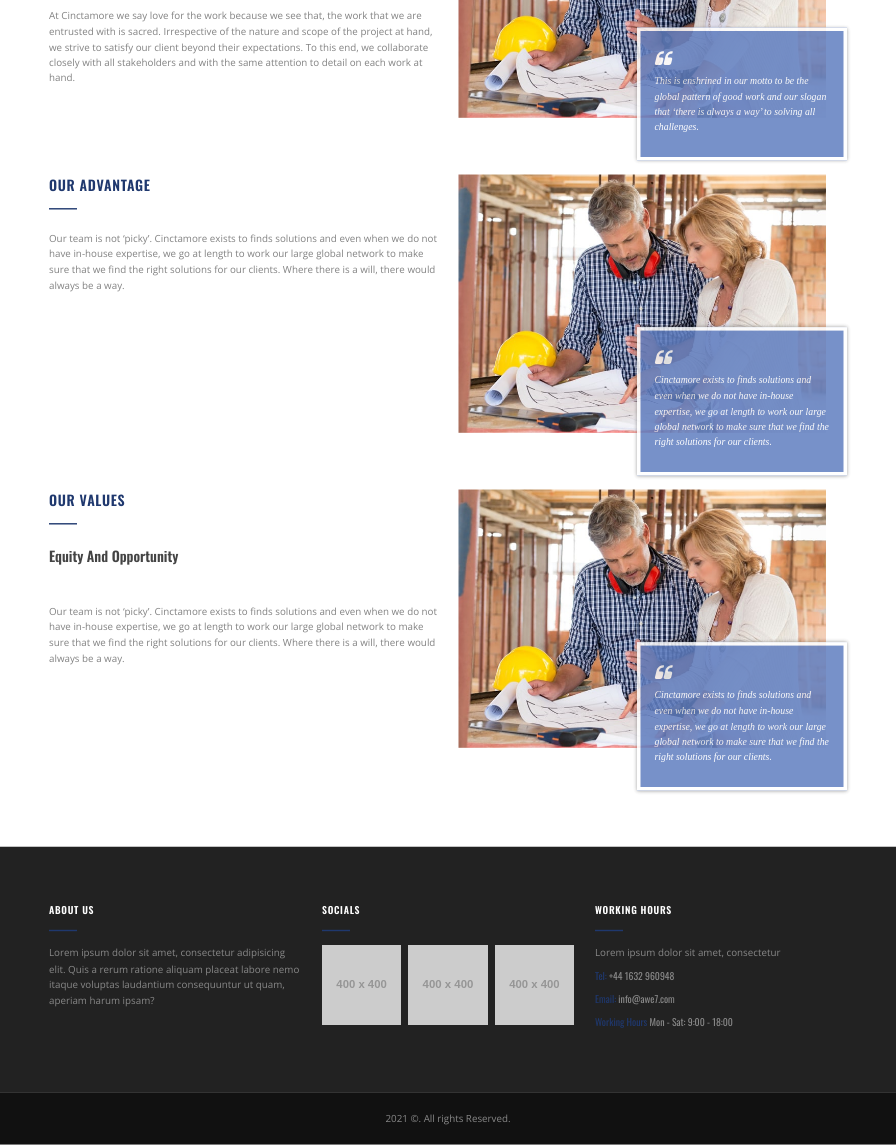
Repository: techieaccl/techieaccl.github.io
Page: about-us.html
The author's editor kept a copy of each file at every save. The page is drawn from the files as they stood at one save, then again after the next save.
The browser window is 1280 px wide. The pictures show the part of the page from y = 1485 to 3405 px (the page is 3121 px tall before and 3405 px after), at 70% of full size.
Some web fonts or font styles are not loaded; a fallback is used.

Above is the page before, as saved 2021-09-09 14:36:45.

### about-us.html
<!DOCTYPE html>
<html>
    <head>
		<title>About Us</title>
		<meta charset="utf-8">
		<meta name="viewport" content="width=device-width, initial-scale=1.0, maximum-scale=1.0, user-scalable=no">
		<meta name="format-detection" content="telephone=no">
		<meta name="apple-mobile-web-app-capable" content="yes">
		<!-- Fonts-->
		<link rel="stylesheet" type="text/css" href="assets/fonts/fontawesome/font-awesome.min.css">
		<link rel="stylesheet" type="text/css" href="assets/fonts/pe-icon/pe-icon.css">
		<!-- Vendors-->
		<link rel="stylesheet" type="text/css" href="assets/vendors/bootstrap/grid.css">
		<link rel="stylesheet" type="text/css" href="assets/vendors/magnific-popup/magnific-popup.min.css">
		<link rel="stylesheet" type="text/css" href="assets/vendors/swiper/swiper.css">
		<!-- App & fonts-->
		<link rel="stylesheet" type="text/css" href="https://fonts.googleapis.com/css?family=Open+Sans:400,700|Oswald:400,600|Playfair+Display:400i">
		<link rel="stylesheet" type="text/css" href="assets/css/main.css"><!--[if lt IE 9]>
			<script src="https://oss.maxcdn.com/libs/html5shiv/3.7.0/html5shiv.js"></script>
		<![endif]-->
	</head>

    <body>
                <!-- preload -->
				<div class="preload" id="preload">
					<div class="cssload-spin-box"></div>
				</div><!-- End / preload -->


        <div class="page-wrap">
            <!-- header -->
			<header class="header header-fixheight header--fixed">
				<div class="container">
					<div class="header__inner">
						<div class="header-logo">
							<!-- <a href="home.html"><img src="assets/img/logo_white.png" alt=""/></a> -->
							<h1><strong>Cinctamore </strong></h1>
						</div>
						<!-- raising-menu -->
                        <ul class="raising-menu-generic">
                            <li><a href="index.html">Back To Home</a>
                            </li>
                        </ul><!-- raising-menu -->

					</div>
				</div>
			</header><!-- End / header -->

            <!-- Content-->
			<div class="md-content">

                <!-- Section -->
				<section class="md-section">
					<div class="container">
						<div class="row">
							<div class="col-lg-8 col-xs-offset-0 col-sm-offset-0 col-md-offset-0 col-lg-offset-2 ">

								<!-- sec-title -->
								<div class="sec-title sec-title__lg-title md-text-center">
									<br><br>
									<h2 class="sec-title__title">About Us</h2><span class="sec-title__divider"></span>
								</div><!-- End / sec-title -->

							</div>
						</div>
					</div>
				</section>

				<!-- Section -->
				<section class="md-section" style="background-color:#fff;padding:60px 0;">
					<div class="container">
						<div class="row">
							<div class="col-lg-6 ">
								<div class="mb-30">

									<!-- sec-title -->
									<div class="sec-title sec-title__lg-title">
										<h2 class="sec-title__title"><span>Our Name</span></h2><span class="sec-title__divider"></span>
									</div><!-- End / sec-title -->
									<p>Cinctamore - a combined word of “cincta (surrounded, encircled, crowned, girded, enclosed)” and “amore (love)” means “surrounded by love.”</p><br>
									<p>Our name reflects our belief that, the greatest of what is possible can only be achieved when what we do as a team is surrounded with love. In all we do, we strive to be a ‘Pattern of Good Work’.
									 <span>At Cinctamore, we are constantly finding solutions to support a better future for all. </span></span></p><br>
								</div>
							</div>
							<div class="col-lg-6 ">

								<!-- about -->
								<div class="about"><img src="assets/img/about/2.jpg" alt=""/>

									<!-- quote-02 -->
									<blockquote class="quote-02 about-quote">
										<p class="quote-02__text">Our name reflects our belief that, the greatest of what is possible can only be achieved when what we do as a team is surrounded with love. In all we do, we strive to be a ‘Pattern of Good Work’.</p>

									</blockquote><!-- End / quote-02 -->

								</div><!-- End / about -->

							</div>
						</div>
						<div class="row">
							<div class="col-lg-6 ">
								<div class="mb-30">

									<!-- sec-title -->
									<div class="sec-title sec-title__lg-title">
										<h2 class="sec-title__title"><span>Our History </span></h2><span class="sec-title__divider"></span>
									</div><!-- End / sec-title -->

									<p>Cinctamore was founded in 2018 to spearhead the development of multiple family-owned
									 businesses by providing the framework to guide each business to stay competitive and successful.</p>
									<p>Cinctamore aims to become a global business collaborator and solutions finder through the Architecture,
									 Urban Design, Engineering & Construction, Trading & Investment, as well as Multimedia, Lifestyle and Health Groups. </p>
								</div>
							</div>
							<div class="col-lg-6 ">

								<!-- about -->
								<div class="about"><img src="assets/img/about/2.jpg" alt=""/>

									<!-- quote-02 -->
									<blockquote class="quote-02 about-quote">
										<p class="quote-02__text">Cinctamore aims to become a global business collaborator and solutions finder through the Architecture,
											Urban Design, Engineering & Construction, Trading & Investment, as well as Multimedia, Lifestyle and Health Groups.</p>

									</blockquote><!-- End / quote-02 -->

								</div><!-- End / about -->

							</div>
						</div>
						<div class="row">
							<div class="col-lg-6 ">
								<div class="mb-30">

									<!-- sec-title -->
									<div class="sec-title sec-title__lg-title">
										<h2 class="sec-title__title"><span>Our Vision</span></h2><span class="sec-title__divider"></span>
									</div><!-- End / sec-title -->
									<p>Global Business Collaborator and Solutions Finder.</p><br>
									<p>This is enshrined in our motto to be the global pattern of good work
									and our slogan that ‘there is always a way’ to solving all challenges.</p><br>
									<p>At Cinctamore we say love for the work because we see that, the work that we are entrusted with is sacred.
									Irrespective of the nature and scope of the project at hand, we strive to satisfy our client beyond their expectations.
									To this end, we collaborate closely with all stakeholders and with the same attention to detail on each work at hand. </p>
								</div>
							</div>
							<div class="col-lg-6 ">

								<!-- about -->
								<div class="about"><img src="assets/img/about/2.jpg" alt=""/>

									<!-- quote-02 -->
									<blockquote class="quote-02 about-quote">
										<p class="quote-02__text">This is enshrined in our motto to be the global pattern of good work
											and our slogan that ‘there is always a way’ to solving all challenges.</p>

									</blockquote><!-- End / quote-02 -->

								</div><!-- End / about -->

							</div>
						</div>
						<div class="row">
							<div class="col-lg-6 ">
								<div class="mb-30">

									<!-- sec-title -->
									<div class="sec-title sec-title__lg-title">
										<h2 class="sec-title__title"><span>Our Advantage</span></h2><span class="sec-title__divider"></span>
									</div><!-- End / sec-title -->
									<p>Our team is not ‘picky’. Cinctamore exists to finds solutions and even when we do not have in-house expertise,
									we go at length to work our large global network to make sure that we find the right solutions for our clients.
									Where there is a will, there would always be a way. </p>
								</div>
							</div>
							<div class="col-lg-6 ">

								<!-- about -->
								<div class="about"><img src="assets/img/about/2.jpg" alt=""/>

									<!-- quote-02 -->
									<blockquote class="quote-02 about-quote">
										<p class="quote-02__text">Cinctamore exists to finds solutions and even when we do not have in-house expertise,
										we go at length to work our large global network to make sure that we find the right solutions for our clients.</p>

									</blockquote><!-- End / quote-02 -->

								</div><!-- End / about -->

						</div>
						</div>
						<div class="row">
							<div class="col-lg-6 ">
								<div class="mb-30">

									<!-- sec-title -->
									<div class="sec-title sec-title__lg-title">
										<h2 class="sec-title__title"><span>Our Values</span></h2><span class="sec-title__divider"></span>
									</div><!-- End / sec-title -->
									<p><h3>Equity And Opportunity</h3></p><br><br>
									<p>Our team is not ‘picky’. Cinctamore exists to finds solutions and even when we do not have in-house expertise,
									we go at length to work our large global network to make sure that we find the right solutions for our clients.
									Where there is a will, there would always be a way. </p>
								</div>
							</div>
							<div class="col-lg-6 ">

								<!-- about -->
								<div class="about"><img src="assets/img/about/2.jpg" alt=""/>

									<!-- quote-02 -->
									<blockquote class="quote-02 about-quote">
										<p class="quote-02__text">Cinctamore exists to finds solutions and even when we do not have in-house expertise,
										we go at length to work our large global network to make sure that we find the right solutions for our clients.</p>

									</blockquote><!-- End / quote-02 -->

								</div><!-- End / about -->

						</div>
						</div>
					</div>
				</section>
				<!-- End / Section -->

				<!-- footer-01 -->
			<footer class="footer-01 md-skin-dark">
				<div class="footer-01__widget">
					<div class="container">
						<div class="row">
							<div class="col-md-6 col-lg-4 ">

								<!-- widget -->
								<section class="widget">

									<!-- sec-title -->
									<div class="sec-title">
										<h2 class="sec-title__title">about us</h2><span class="sec-title__divider"></span>
									</div><!-- End / sec-title -->

									<p>  Lorem ipsum dolor sit amet, consectetur adipisicing elit. Quis a rerum ratione aliquam placeat labore nemo itaque voluptas laudantium consequuntur ut quam, aperiam harum ipsam?</p>
								</section><!-- End / widget -->

							</div>

							<div class="col-md-6 col-lg-4 ">

								<!-- widget -->
								<section class="widget">

									<!-- sec-title -->
									<div class="sec-title">
										<h2 class="sec-title__title">Socials</h2><span class="sec-title__divider"></span>
									</div><!-- End / sec-title -->


									<!-- widget-gallery -->
									<div class="widget-gallery">
										<div class="widget-gallery__item"><a href="#" style="background-image: url('http://placehold.it/400x400');"><img src="http://placehold.it/400x400" alt=""/></a></div>
										<div class="widget-gallery__item"><a href="#" style="background-image: url('http://placehold.it/400x400');"><img src="http://placehold.it/400x400" alt=""/></a></div>
										<div class="widget-gallery__item"><a href="#" style="background-image: url('http://placehold.it/400x400');"><img src="http://placehold.it/400x400" alt=""/></a></div>
										<!-- <div class="widget-gallery__item"><a href="#" style="background-image: url('http://placehold.it/400x400');"><img src="http://placehold.it/400x400" alt=""/></a></div>
										<div class="widget-gallery__item"><a href="#" style="background-image: url('http://placehold.it/400x400');"><img src="http://placehold.it/400x400" alt=""/></a></div>
										<div class="widget-gallery__item"><a href="#" style="background-image: url('http://placehold.it/400x400');"><img src="http://placehold.it/400x400" alt=""/></a></div>
										<div class="widget-gallery__item"><a href="#" style="background-image: url('http://placehold.it/400x400');"><img src="http://placehold.it/400x400" alt=""/></a></div>
										<div class="widget-gallery__item"><a href="#" style="background-image: url('http://placehold.it/400x400');"><img src="http://placehold.it/400x400" alt=""/></a></div>
										<div class="widget-gallery__item"><a href="#" style="background-image: url('http://placehold.it/400x400');"><img src="http://placehold.it/400x400" alt=""/></a></div> -->
									</div><!-- End /  widget-gallery -->

								</section><!-- End / widget -->

							</div>
							<div class="col-lg-4 ">

								<!-- widget -->
								<section class="widget">

									<!-- sec-title -->
									<div class="sec-title">
										<h2 class="sec-title__title">working hours</h2><span class="sec-title__divider"></span>
									</div><!-- End / sec-title -->

									<p> Lorem ipsum dolor sit amet, consectetur</p>

									<!--  -->
									<div>
										<div class="widget-contact__item"><span class="widget-contact__title">Tel:</span>
											<p class="widget-contact__text">+44 1632 960948</p>
										</div>
										<div class="widget-contact__item"><span class="widget-contact__title">email:</span>
											<p class="widget-contact__text"><a href="#">info@awe7.com</a></p>
										</div>
										<div class="widget-contact__item"><span class="widget-contact__title">Working Hours</span>
											<p class="widget-contact__text">Mon - Sat: 9:00 - 18:00</p>
										</div>
									</div><!-- End /   -->

								</section><!-- End / widget -->

							</div>
						</div>
					</div>
				</div>

				<!-- copyright-01 -->
				<div class="copyright-01 md-text-center">
					<div class="container">
						<p class="copyright-01__copy">2021 &copy;. All rights Reserved.</p>
					</div>
				</div><!-- End / copyright-01 -->

			</footer><!-- End / footer-01 -->
            </div>
			<!-- End / Content-->
        </div>
    </body>
</html>

Loaded but not shown: assets/fonts/fontawesome/font-awesome.min.css (library); assets/fonts/pe-icon/pe-icon.css (common file); assets/vendors/bootstrap/grid.css (library); assets/vendors/magnific-popup/magnific-popup.min.css (library); assets/vendors/swiper/swiper.css (library); assets/css/main.css (4044 lines, source omitted)

After the next save:
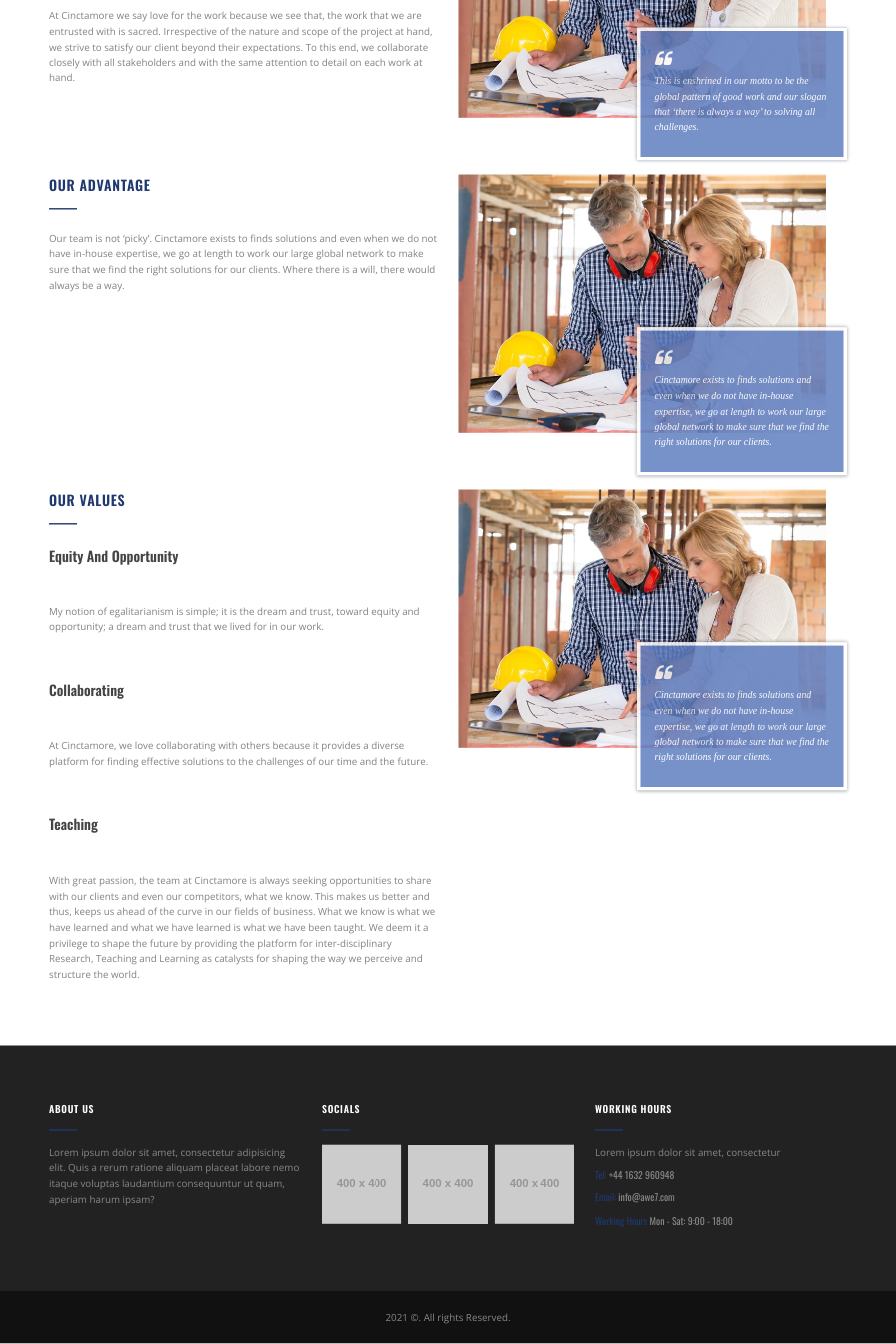
Saved 7 min 20 s later.
--- a/about-us.html
+++ b/about-us.html
@@ -198,9 +198,21 @@
 										<h2 class="sec-title__title"><span>Our Values</span></h2><span class="sec-title__divider"></span>
 									</div><!-- End / sec-title -->
 									<p><h3>Equity And Opportunity</h3></p><br><br>
-									<p>Our team is not ‘picky’. Cinctamore exists to finds solutions and even when we do not have in-house expertise,
-									we go at length to work our large global network to make sure that we find the right solutions for our clients.
-									Where there is a will, there would always be a way. </p>
+									<p>My notion of egalitarianism is simple; it is the dream and trust,
+									toward equity and opportunity; a dream and trust that we lived for in our work.</p><br><br>
+
+									<p><h3>Collaborating</h3></p><br><br>
+									<p>At Cinctamore, we love collaborating with others because it
+									provides a diverse platform for finding effective solutions to the challenges of our time and the future.</p><br><br>
+
+									<p><h3>Teaching</h3></p><br><br>
+									<p>With great passion, the team at Cinctamore is always seeking opportunities to share with our
+									clients and even our competitors, what we know. This makes us better and thus, keeps us ahead
+									of the curve in our fields of business. What we know is what we have learned and what we have
+									learned is what we have been taught.  We deem it a privilege to shape the future by providing
+									the platform for inter-disciplinary Research, Teaching and Learning as catalysts for shaping the
+									way we perceive and structure the world.</p>
+
 								</div>
 							</div>
 							<div class="col-lg-6 ">
